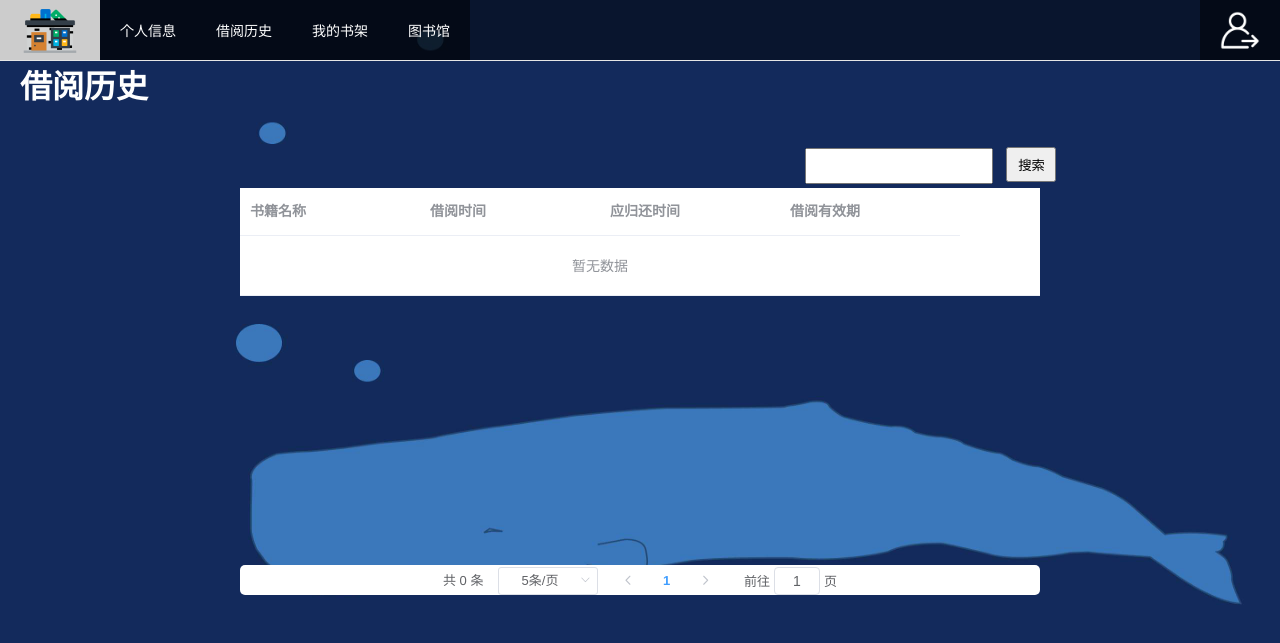
Repository: Akron-xz/helloVue
Page: /#/borrowhistory (app in vue-library/)
These files come from the project's save history. The page is drawn as it stood at one moment and after the next save; the edit follows.
The browser window is 1280 px wide. The pictures show the whole page.
The project was rebuilt for these pictures with package versions that can differ from the ones it lists, and the page was loaded fresh each time. Also part of the build but not shown: vue-library/src/components/homeNav.vue, vue-library/src/views/Home.vue.

Above is the page before, as saved 2020-11-25 18:01:41.

After the next save:
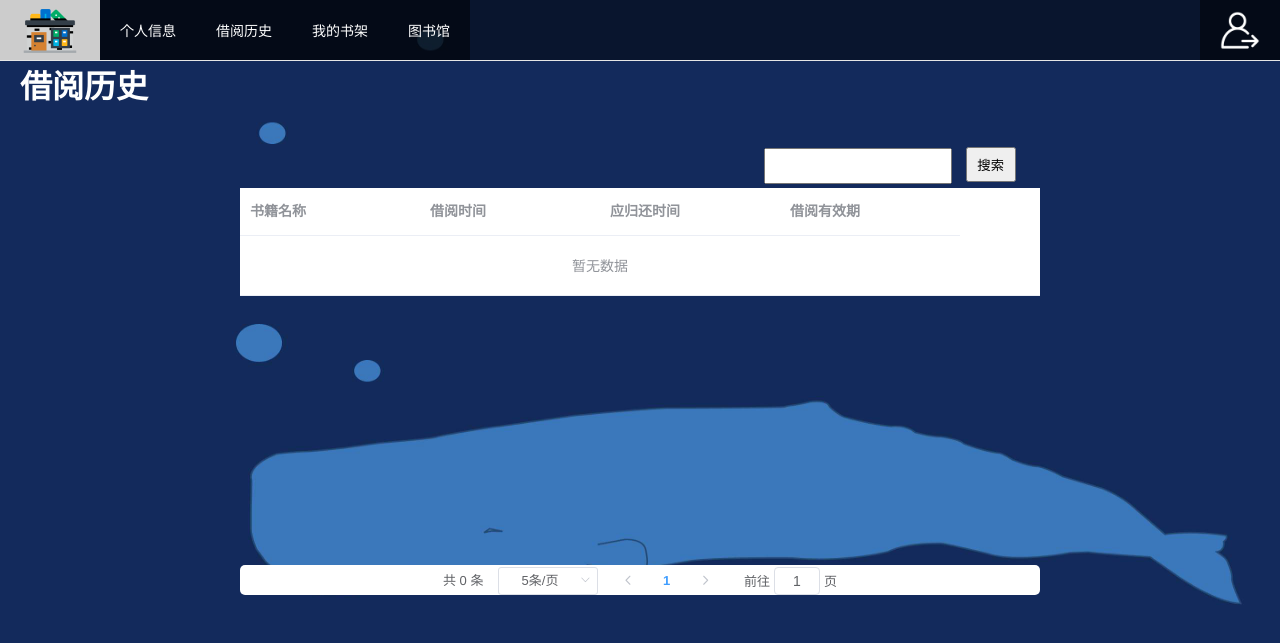
Saved 34 s later.
--- a/vue-library/src/views/BorrowHistory.vue
+++ b/vue-library/src/views/BorrowHistory.vue
@@ -147,8 +147,8 @@ import userNavigation from '@/components/userNav.vue'
  position: fixed;
  top: 147px;
  width: 300px;
- right: 39%;
- margin-right: -300px;
+ right: 50%;
+ margin-right: -400px;
 }
 .table-box{
   position: fixed;
